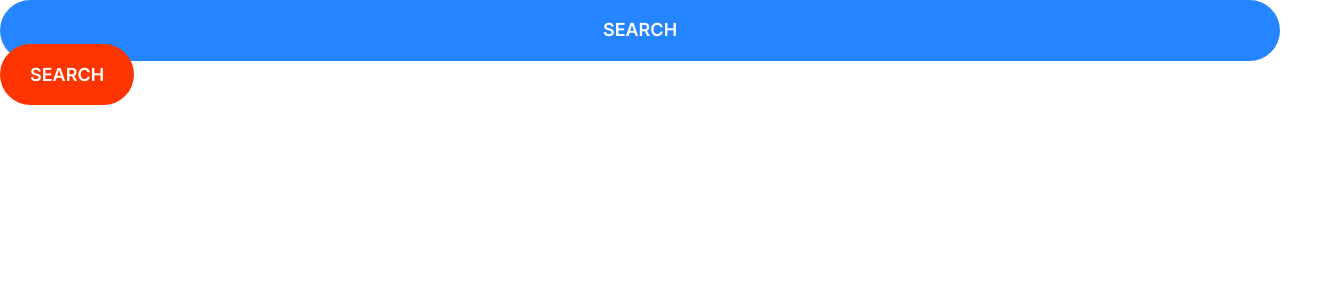
Repository: Qiwenweiii/CodeWithMosh
Page: index.html
These files come from the project's save history. The page is drawn as it stood at one moment and after the next save; the edit follows.
The browser window is 1280 px wide. The page is 1280 px wide, then 1340 px, so the pictures cover 1340 px, including what lies to the right of the window. The pictures show the whole page.

Above is the page before, as saved 2021-11-11 20:51:00.

After the next save:
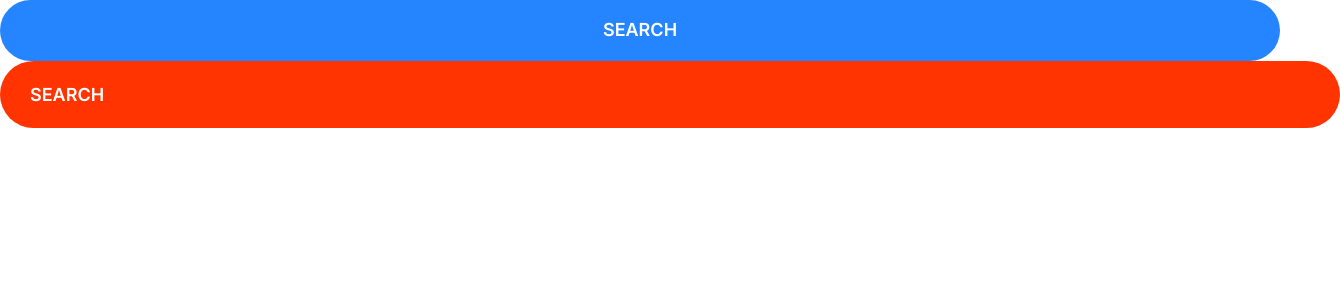
Saved 5 s later.
--- a/index.html
+++ b/index.html
@@ -17,7 +17,7 @@
     <!-- <div class="input-group"> -->
     <!-- <input type="text" class="input" placeholder="Enter domain name here" /> -->
     <button class="btn btn--primary btn--block">Search</button>
-    <a href="#" class="btn btn--accent">Search</a>
+    <a href="#" class="btn btn--accent btn--block">Search</a>
     <!-- </div> -->
 </body>
 
